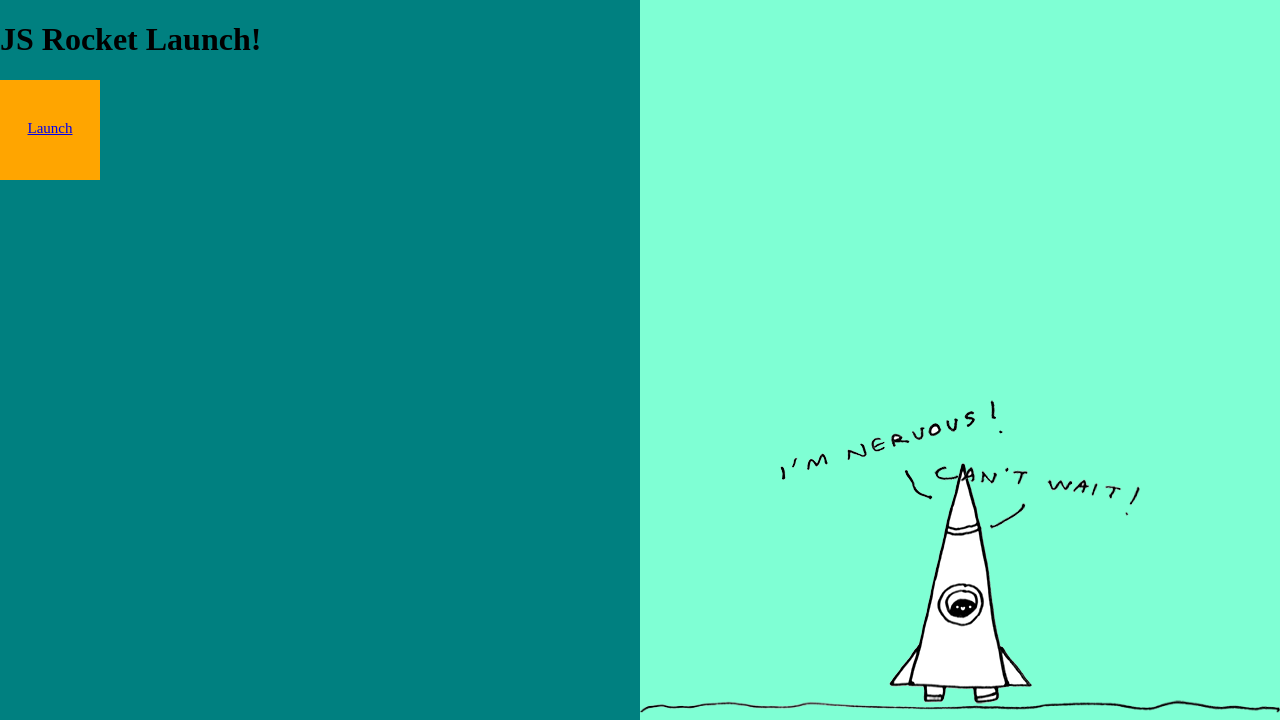
Repository: alcarrizo/Rocket-launch
Page: index.html
An editor plug-in stored every save of this project. The page is shown before and after the next save, followed by the edit.
The browser window is 1280 px wide. The pictures show the whole page.

Above is the page before, as saved 2022-10-20 17:27:49.

After the next save:
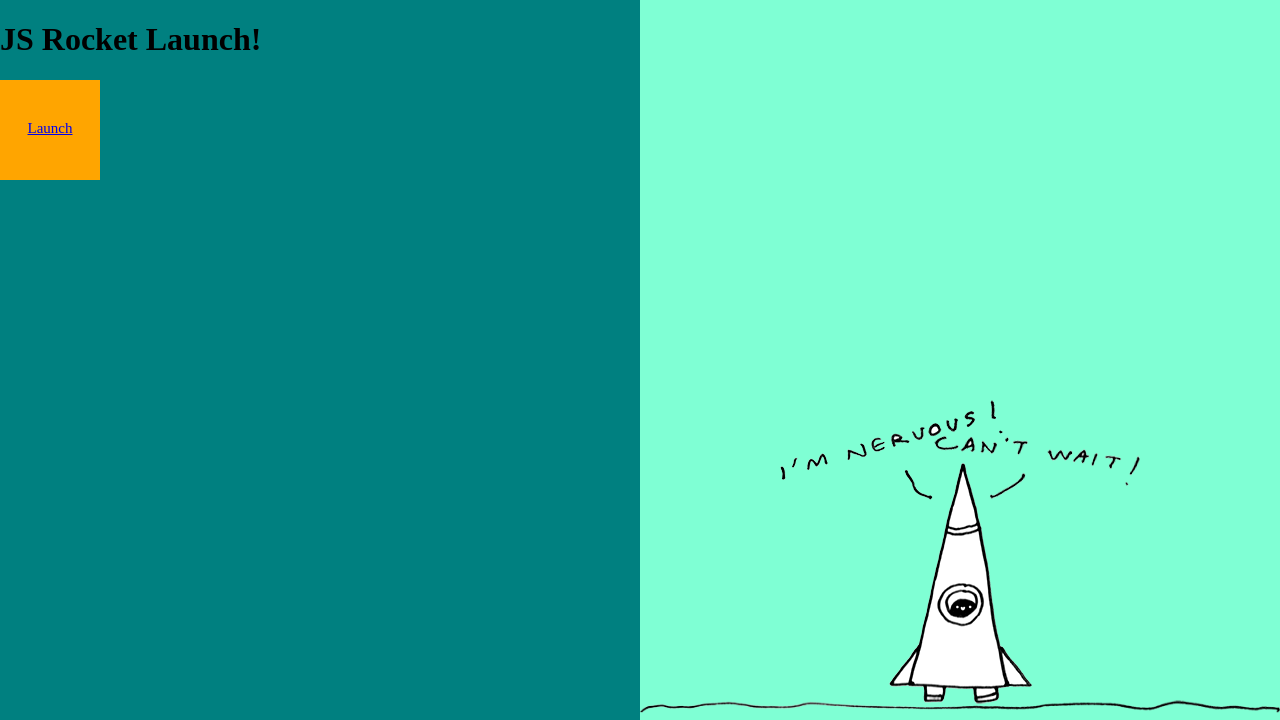
Saved 58 s later.
--- a/css/style.css
+++ b/css/style.css
@@ -83,7 +83,7 @@ body {
 
 .cant-wait {
     position: absolute;
-    bottom: 190px;
+    bottom: 220px;
     right: 50%;
     margin-right: -180px;
     background: url('../img/cant-wait.png') no-repeat 0 0;
